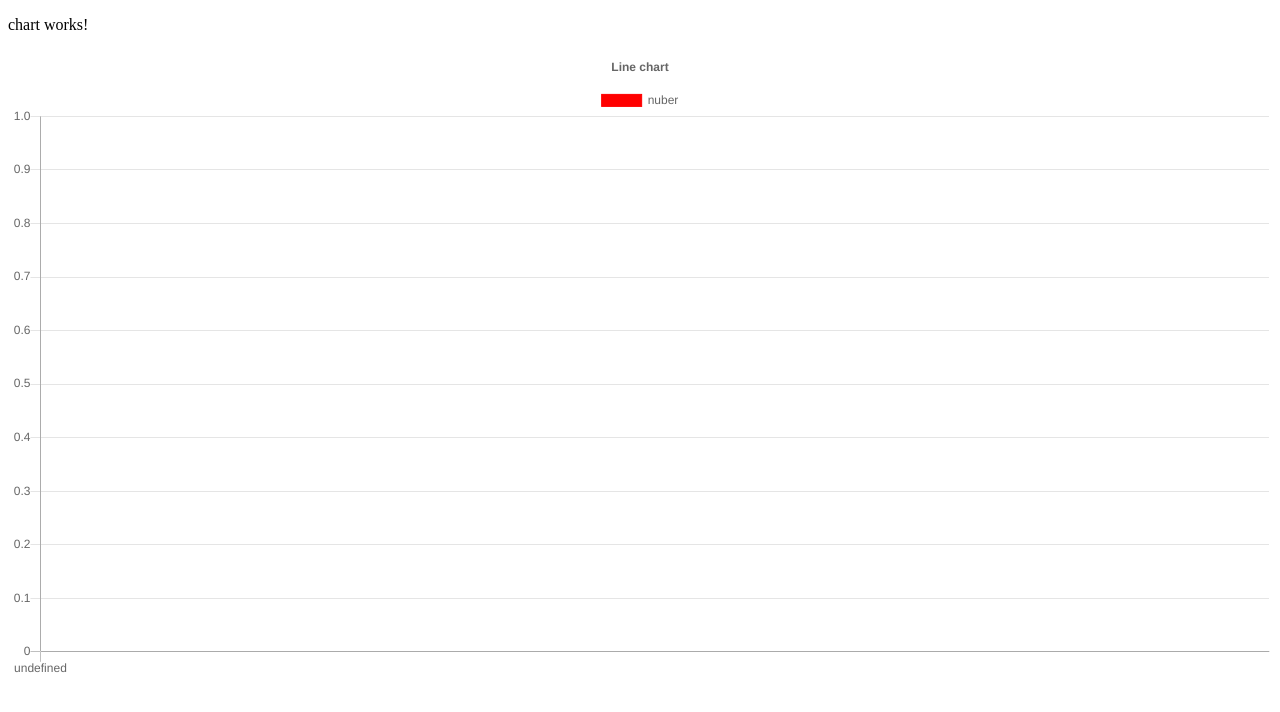
Repository: abinhasan/Project-1
Page: /
An editor plug-in stored every save of this project. The page is shown before and after the next save, followed by the edit.
The browser window is 1280 px wide. The pictures show the whole page.
The page's requests for data from a server got no answer. The project was rebuilt for these pictures with package versions that can differ from the ones it lists, and the page was loaded fresh each time. No one was signed in, and anything a server would have sent is missing. Also part of the build but not shown: angular.json.

Above is the page before, as saved 2019-09-07 13:30:54.

After the next save:
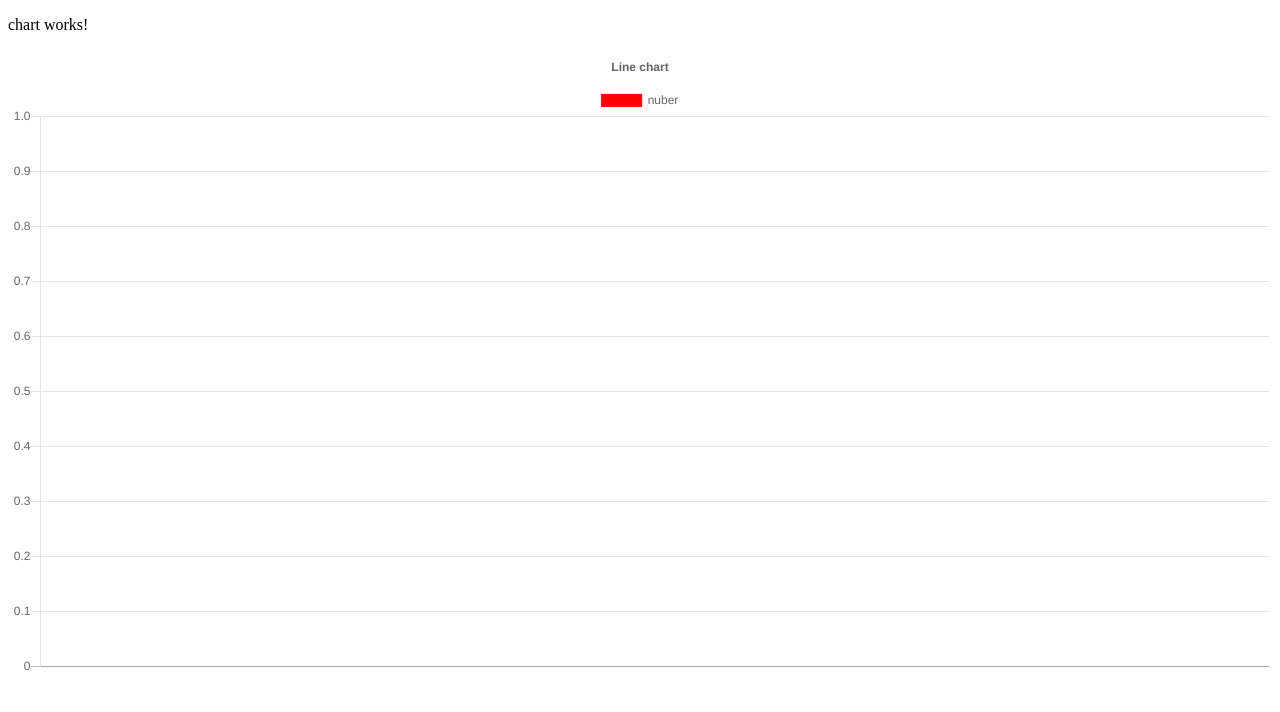
Saved 26 s later.
--- a/src/app/components/chart/chart.component.ts
+++ b/src/app/components/chart/chart.component.ts
@@ -23,11 +23,11 @@ export class ChartComponent implements OnInit {
       type: 'line',
       data: {
         //labels: ["jan", "Feb","mar"],
-        labels: [this.chartList.time],
+        labels: this.chartList.time,
         datasets: [{
           label: 'nuber',
           //data: [1, 9,3],
-          data: [this.chartList.value],
+          data: this.chartList.value,
           fill: false,
           lineTension: 0.2,
           borderColor: "red",
